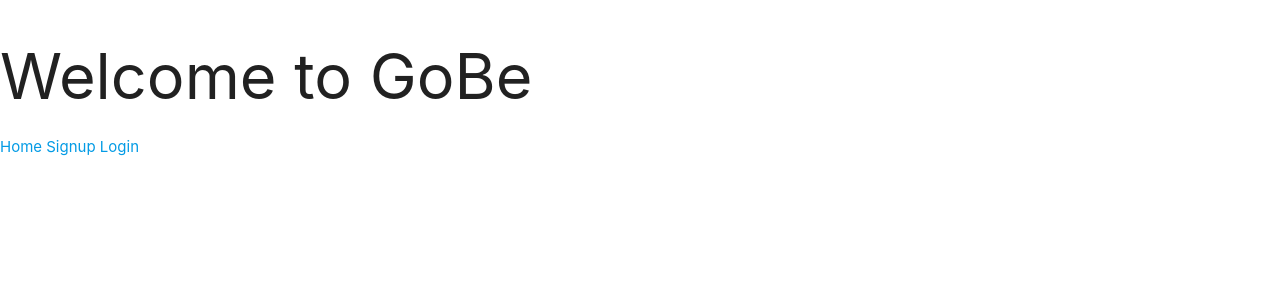
Repository: Gobe-community/gobe-central
Page: http://localhost/home/
These files come from the project's save history. The page is drawn as it stood at one moment and after the next save; the edit follows.
The browser window is 1280 px wide. The pictures show the whole page.
The page is served by the project's application, run on Django 3.2 (manage.py). Other server files are loaded and not shown.

Above is the page before, as saved 2020-07-11 12:46:12.

### templates/base.html
{% load static %}

<html lang="en">
<head>
    <title>GoBe</title>
    <meta charset="UTF-8"/>
    <meta name="viewport" content="width=device-width, initial-scale=1"/>
    <link rel="stylesheet" href="{% static "css/styles.css" %}">
    <link rel="stylesheet" href="https://cdnjs.cloudflare.com/ajax/libs/materialize/1.0.0/css/materialize.min.css">
    <link href="https://fonts.googleapis.com/icon?family=Material+Icons" rel="stylesheet">
</head>
<body>
    <h1>Welcome to GoBe</h1>
    <a href="{% url 'home' %}">Home</a>
    <a href="{%url 'signup' %}">Signup</a>
    <a href="{%url 'login' %}">Login</a>

    <div class="container">
        <div class="container col s6  center">
            {% block content %}

            {% endblock content %}
        </div>
    </div>

</body>
</html>

### gobe/views.py
from django.contrib.auth import login, authenticate
from django.shortcuts import render, redirect
from .forms import SignUpForm

#Create your views here
def home(request):
    """
    Handles request for home directory
    """

    return render(request, 'base.html')


def signup(request):
    """Handles requests for sign up page"""
    if request.method == 'POST':
        form = SignUpForm(request.POST)
        if form.is_valid():
            user = form.save()
            user.refresh_from_db()  # load the profile instance created by the signal
            user.profile.birth_date = form.cleaned_data.get('birth_date')
            user.save()
            raw_password = form.cleaned_data.get('password1')
            user = authenticate(username=user.username, password=raw_password)
            login(request, user)
            return redirect('home')
    else:
        form = SignUpForm()
    return render(request, 'signup.html', {'form': form})

def login_view(request):
    """Handles request for log in page"""
    if request.method == 'POST':
        username = request.POST.get('username')
        password = request.POST.get('password')
        user = authenticate(request, username=username, password=password)
        if user is not None:
            login(request, user)
            return redirect('home')
        else:
            return render(request, 'login.html',{'message': 'Bad username or password'})
    else:
        return render(request, 'login.html')

### gobe_central/urls.py
"""gobe_central URL Configuration

The `urlpatterns` list routes URLs to views. For more information please see:
    https://docs.djangoproject.com/en/3.0/topics/http/urls/
Examples:
Function views
    1. Add an import:  from my_app import views
    2. Add a URL to urlpatterns:  path('', views.home, name='home')
Class-based views
    1. Add an import:  from other_app.views import Home
    2. Add a URL to urlpatterns:  path('', Home.as_view(), name='home')
Including another URLconf
    1. Import the include() function: from django.urls import include, path
    2. Add a URL to urlpatterns:  path('blog/', include('blog.urls'))
"""
from django.contrib import admin
from django.urls import path, include
# from gobe import views

# app_name = 'gobe'
urlpatterns = [
    path('admin/', admin.site.urls),
    path('', include('gobe.urls')),
]

### gobe/urls.py
from django.urls import path
from . import views

urlpatterns = [
    path('home/', views.home, name='home'),
    path('signup/', views.signup, name='signup'),
    path('login/', views.login_view, name='login'),
]

Loaded but not shown: templates/static/styles.css (no copy from this time; the picture is the same without it)

After the next save:
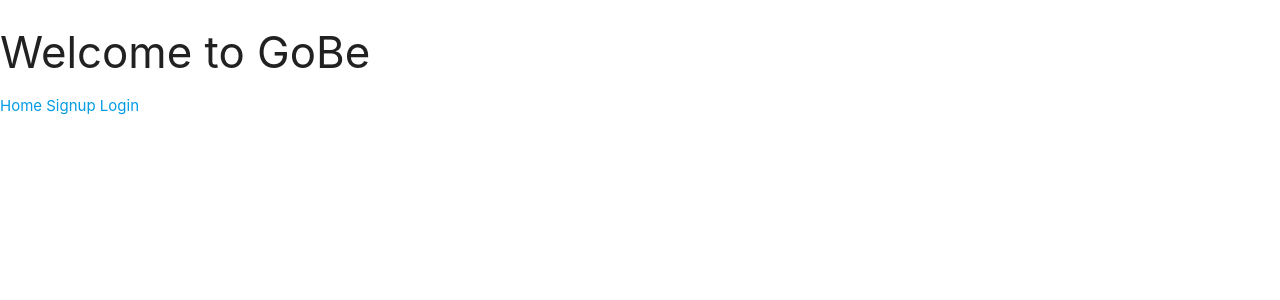
Saved 116 s later.
--- a/templates/base.html
+++ b/templates/base.html
@@ -10,7 +10,7 @@
     <link href="https://fonts.googleapis.com/icon?family=Material+Icons" rel="stylesheet">
 </head>
 <body>
-    <h1>Welcome to GoBe</h1>
+    <h3>Welcome to GoBe</h3>
     <a href="{% url 'home' %}">Home</a>
     <a href="{%url 'signup' %}">Signup</a>
     <a href="{%url 'login' %}">Login</a>
